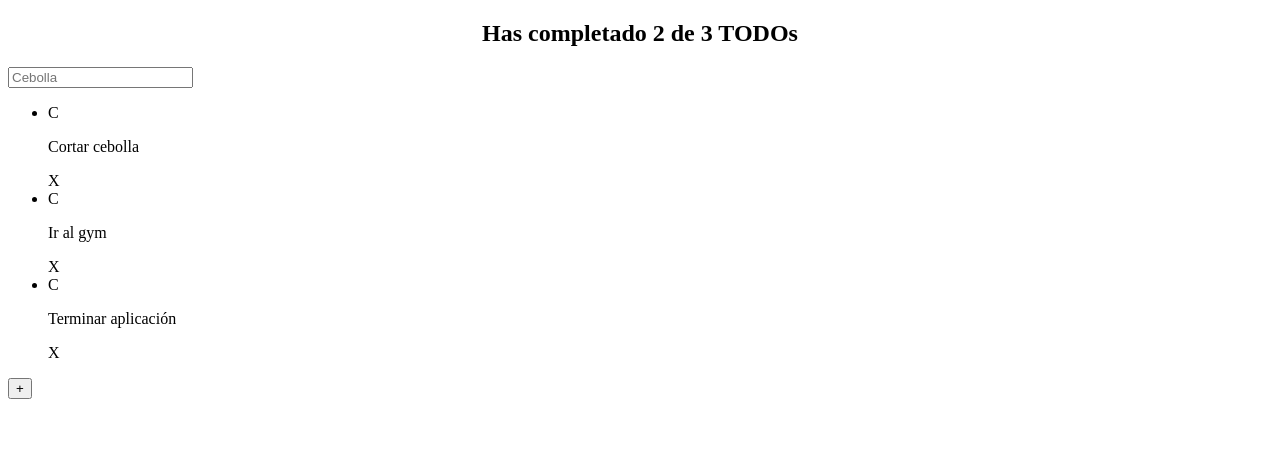
Repository: Pandrea-hub/TODOs
Page: /
The author's editor kept a copy of each file at every save. The page is drawn from the files as they stood at one save, then again after the next save.
The browser window is 1280 px wide. The pictures show the whole page.
The project was rebuilt for these pictures with package versions that can differ from the ones it lists, and the page was loaded fresh each time.

Above is the page before, as saved 2022-06-05 21:17:22.

After the next save:
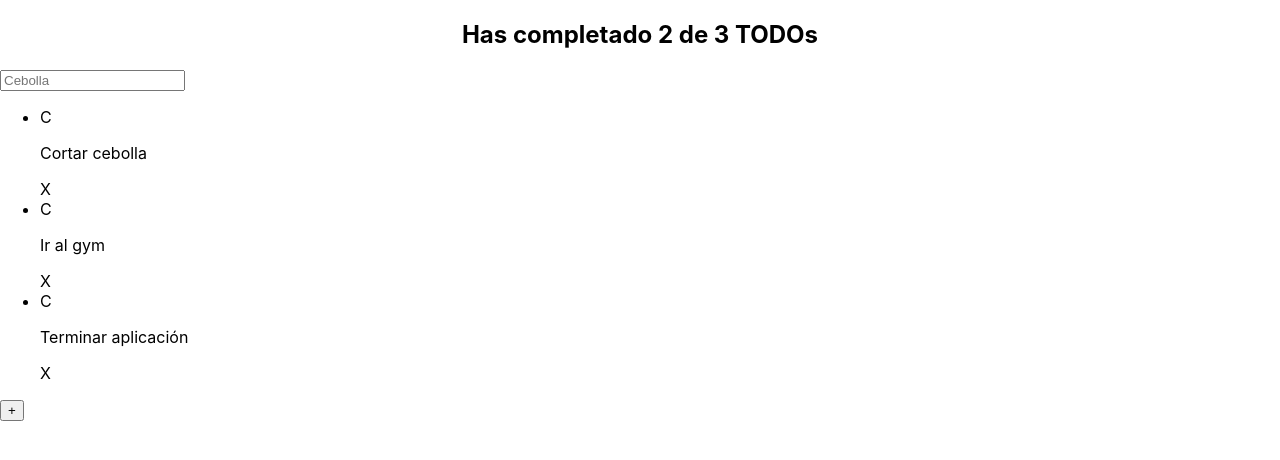
Saved 8 min 32 s later.
--- a/src/index.js
+++ b/src/index.js
@@ -1,6 +1,6 @@
 import React from 'react';
 import ReactDOM from 'react-dom/client';
-//import './index.css';
+import './index.css';
 import App from './App';
 
 
